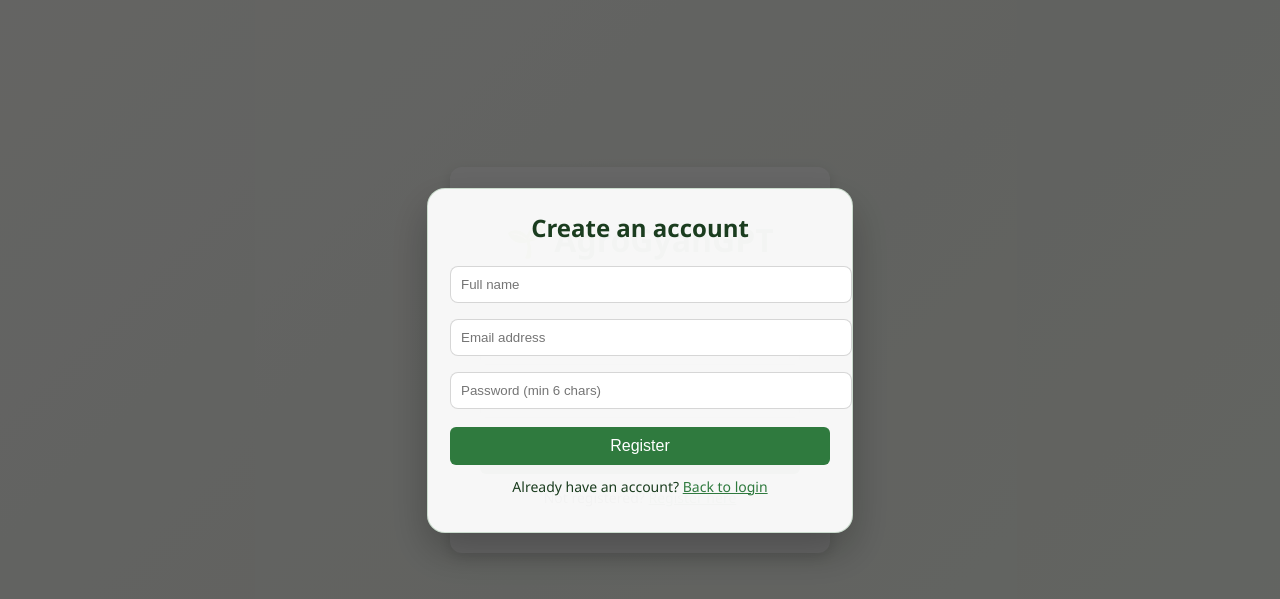
Repository: Desterhub/Agrogyanchatgpt
Page: agrogyan-gpt-main/frontend/login.html
The author's editor kept a copy of each file at every save. The page is drawn from the files as they stood at one save, then again after the next save.
The browser window is 1280 px wide. The pictures show the whole page.
Empty fields were first filled with sample values (such as "Sample", 5 or name@example.com).
After loading, the first visible `a.register-link` was clicked once.

Above is the page before, as saved 2026-03-12 12:44:44.

After the next save:
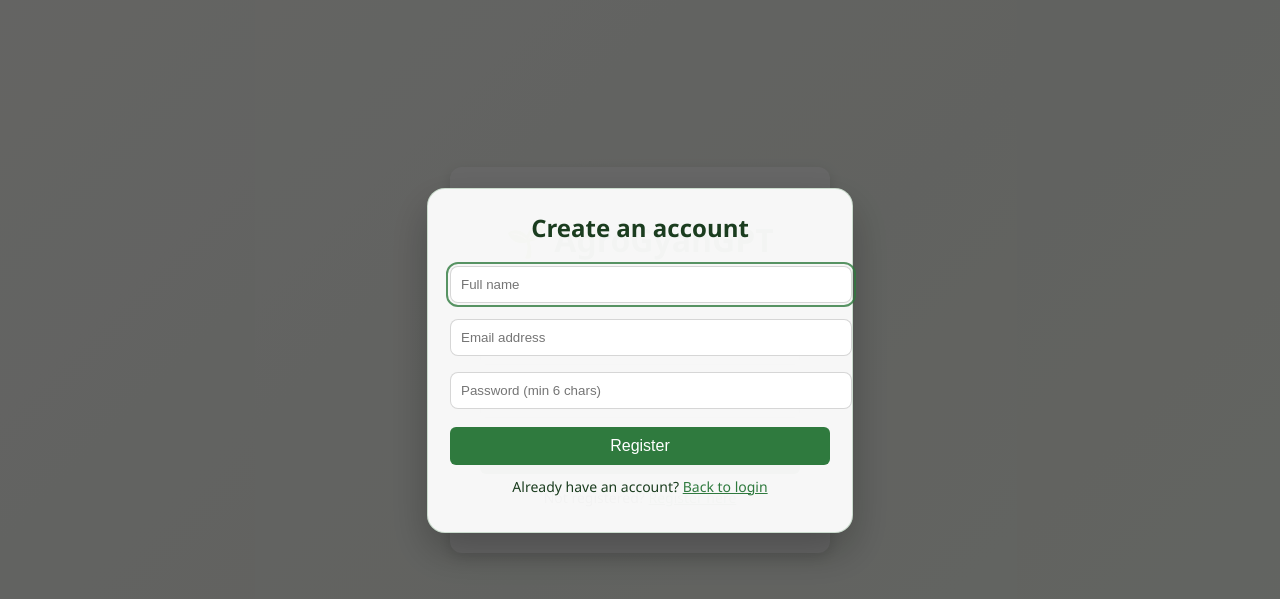
Saved 75 s later.
--- a/agrogyan-gpt-main/frontend/auth.js
+++ b/agrogyan-gpt-main/frontend/auth.js
@@ -81,6 +81,10 @@
     modal.classList.remove("hidden");
     clearRegisterForm();
     setRegisterMessage("");
+    const first = document.getElementById("regName");
+    if (first) {
+        first.focus();
+    }
 }
 
 function hideRegisterModal() {
